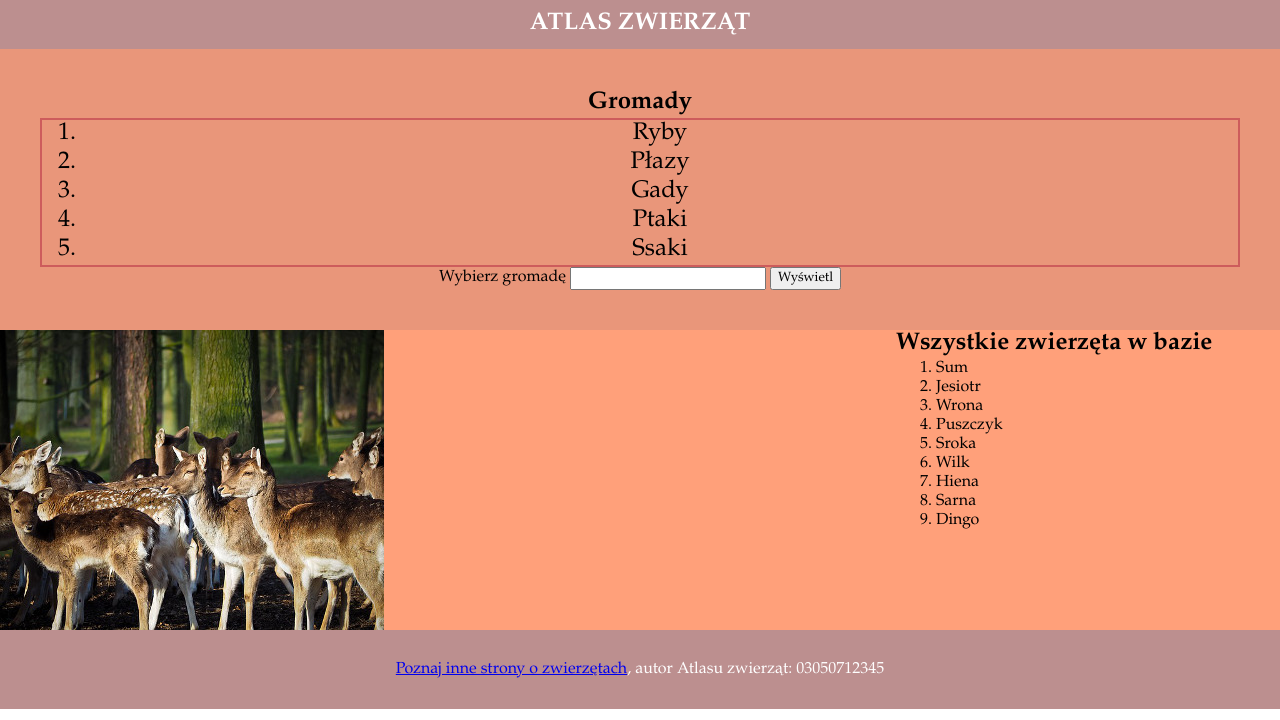
Repository: Lenerystia/HTML
Page: Zad.egz_3/index.html
The author's editor kept a copy of each file at every save. The page is drawn from the files as they stood at one save, then again after the next save.
The browser window is 1280 px wide. The pictures show the whole page.

Above is the page before, as saved 2021-12-22 14:08:20.

After the next save:
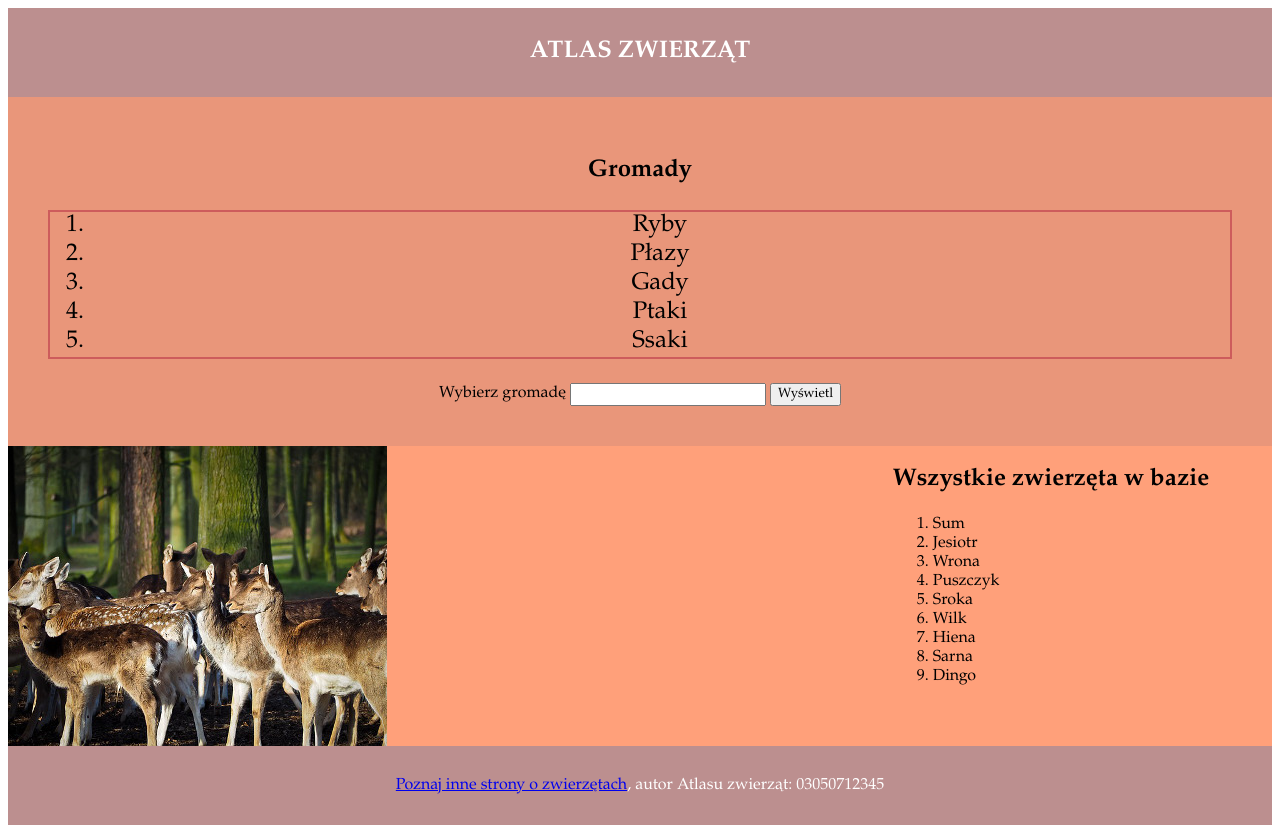
Saved 3 s later.
--- a/Zad.egz_3/styl3.css
+++ b/Zad.egz_3/styl3.css
@@ -1,6 +1,5 @@
 *{
     font-family: Garamond;
-    margin: 0;
 }
 .baner{
     background-color: rosybrown;
